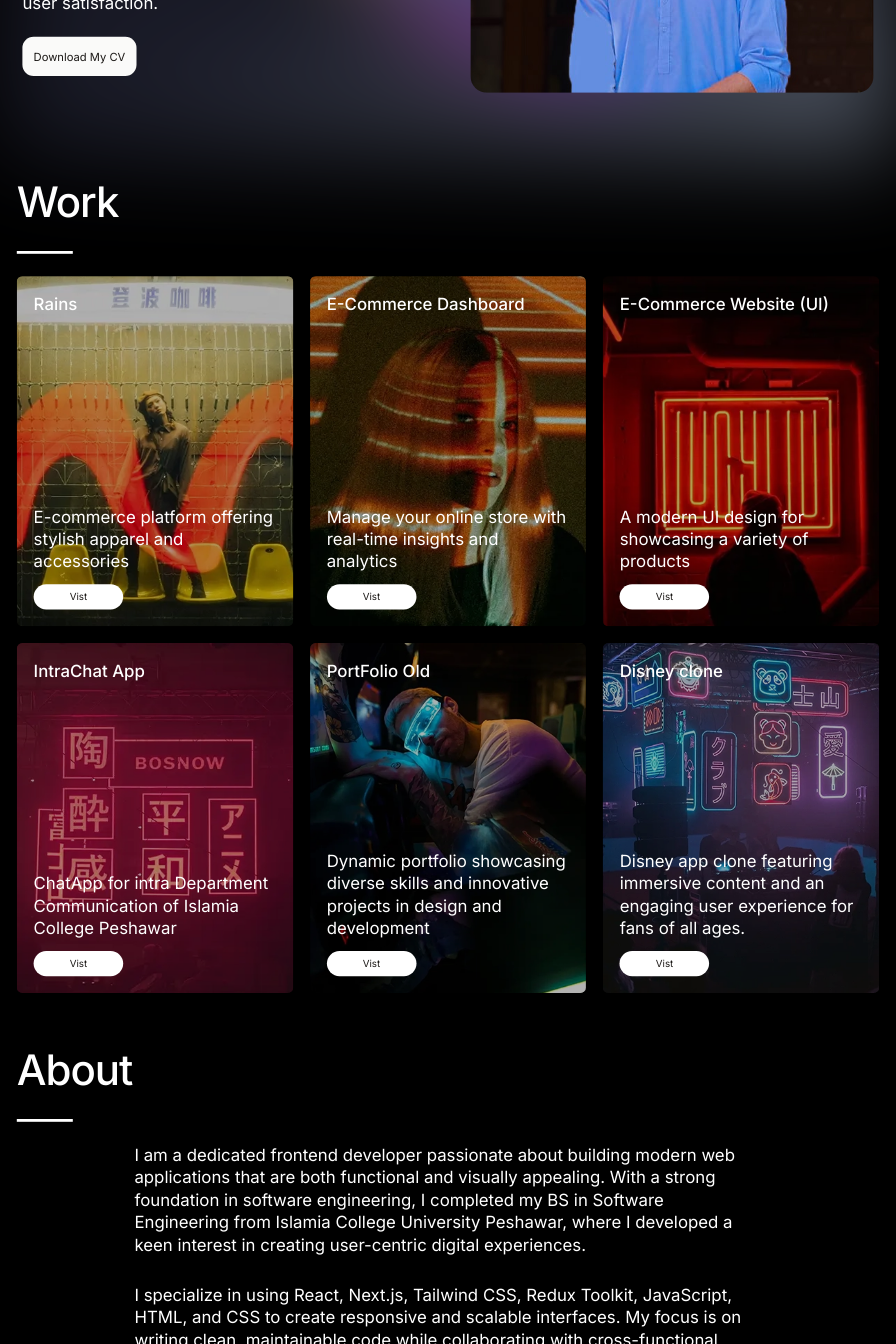
Repository: xarrkhan001/Abuzar-NewPortfolio-Framermotion
Page: /
These files come from the project's save history. The page is drawn as it stood at one moment and after the next save; the edit follows.
The browser window is 1280 px wide. The pictures show the part of the page from y = 501 to 2421 px (the page is 4220 px tall), at 70% of full size.
The project was rebuilt for these pictures with package versions that can differ from the ones it lists, and the page was loaded fresh each time. Some packages were replaced by stand-ins written for this rebuild. Also part of the build but not shown: vite.config.js. Imported but missing from the stored project, and not drawn on this page: src/assets/abuzar01-Cv....pdf.

Above is the page before, as saved 2025-03-02 11:11:44.

### index.html
<!DOCTYPE html>
<html lang="en">
  <head>
    <meta charset="UTF-8" />
    <link rel="icon" type="image/svg+xml" href="./src/assets/mm1.png" />
    <meta name="viewport" content="width=device-width, initial-scale=1.0" />
    <link rel="preconnect" href="https://fonts.googleapis.com" />
    <link rel="preconnect" href="https://fonts.gstatic.com" crossorigin />
    <link
      href="https://fonts.googleapis.com/css2?family=Inter:ital,opsz,wght@0,14..32,100..900;1,14..32,100..900&display=swap"
      rel="stylesheet"
    />
    <title>Abuzar Portfolio</title>
  </head>
  <body>
    <div id="root"></div>
    <script type="module" src="/src/main.jsx"></script>
  </body>
</html>

### src/App.jsx
import React from "react";
import BlurBackground from "./components/BlurBackground";
import Navbar from "./components/Navbar";
import Hero from "./components/Hero";
import Projects from "./components/Projects";
import About from "./components/About";
import Experience from "./components/Experience";
import Contacts from "./components/Contacts";

const App = () => {
  return (
    <>
      <div>
        <BlurBackground />
        <Navbar />
        <main
          className="antialiased overflow-y-hidden max-w-7xl mx-auto
        relative z-10"
        >
          <Navbar />
          <Hero />
          <Projects />
          <About />
          <Experience />
          <Contacts />
        </main>
      </div>
    </>
  );
};

export default App;

### src/index.css
@tailwind base;
@tailwind components;
@tailwind utilities;

:root {
  font-family: "Inter", sans-serif;
  font-optical-sizing: auto;
  background: #000000;
  color: #ffffff;
  scroll-behavior: smooth;
}

.bg-image {
  background-image: url("./assets/jason-root.webp");
}

#work,
#about,
#experience,
#testimonials,
#contact {
  scroll-margin-top: 80px;
}

### src/components/BlurBackground.jsx
import { motion } from "framer-motion";
import React from "react";

const BlurBackground = () => {
  const circleVariants = {
    animate1: {
      scale: [1, 1.05, 1],
      x: [0, 60, 0],
      y: [0, 30, 0],
      rotateZ: [0, 12, 0],
      transition: {
        duration: 3,
        repeat: Infinity,
        ease: "easeInOut",
      },
    },
    animate2: {
      scale: [1, 1.05, 1],
      x: [0, 80, 0],
      y: [0, -40, 0],
      rotateZ: [0, -12, 0],
      transition: {
        duration: 3,
        repeat: Infinity,
        ease: "easeInOut",
      },
    },
    animate3: {
      scale: [1, 1.1, 1],
      x: [0, 100, 0],
      y: [0, 50, 0],
      rotateZ: [0, 15, 0],
      transition: {
        duration: 4,
        repeat: Infinity,
        ease: "easeInOut",
      },
    },
    animate4: {
      scale: [1, 1.1, 1],
      x: [0, 120, 0],
      y: [0, -60, 0],
      rotateZ: [0, -15, 0],
      transition: {
        duration: 4,
        repeat: Infinity,
        ease: "easeInOut",
      },
    },
    animate5: {
      scale: [1, 1.12, 1],
      x: [0, 140, 0],
      y: [0, 70, 0],
      rotateZ: [0, 20, 0],
      transition: {
        duration: 4,
        repeat: Infinity,
        ease: "easeInOut",
      },
    },
    animate6: {
      scale: [1, 1.15, 1],
      x: [0, 160, 0],
      y: [0, -80, 0],
      rotateZ: [0, -20, 0],
      transition: {
        duration: 4,
        repeat: Infinity,
        ease: "easeInOut",
      },
    },
  };

  return (
    <div
      className="fixed top-0 left-0 w-full h-full overflow-hidden -z-10 pointer-events-none flex justify-center items-center
       bg-gradient-to-br from-[#1c1c2b] via-[#2b2d42] to-[#8d99ae] filter blur-[70px] opacity-60"
    >
      <motion.div
        className="bg-gradient-to-r from-[#e3e4e8] to-[#d5e1df] w-[350px] h-[250px] rounded-full absolute shadow-lg"
        variants={circleVariants}
        animate="animate1"
      />
      <motion.div
        className="bg-gradient-to-r from-[#f3a847] to-[#f1d84d] w-[360px] h-[260px] rounded-full absolute shadow-xl"
        variants={circleVariants}
        animate="animate2"
      />
      <motion.div
        className="bg-gradient-to-r from-[#1e80b5] to-[#2bced4] w-[370px] h-[270px] rounded-full absolute shadow-2xl"
        variants={circleVariants}
        animate="animate3"
      />
      <motion.div
        className="bg-gradient-to-r from-[#9e4e97] to-[#c74b84] w-[380px] h-[280px] rounded-full absolute shadow-2xl"
        variants={circleVariants}
        animate="animate4"
      />
      <motion.div
        className="bg-gradient-to-r from-[#ff64d4] to-[#8b3ff2] w-[390px] h-[290px] rounded-full absolute shadow-3xl"
        variants={circleVariants}
        animate="animate5"
      />
      <motion.div
        className="bg-gradient-to-r from-[#37a2c2] to-[#4c9fb2] w-[400px] h-[300px] rounded-full absolute shadow-3xl"
        variants={circleVariants}
        animate="animate6"
      />
    </div>
  );
};

export default BlurBackground;

### src/components/Navbar.jsx
import React, { useState } from "react";
import { LINKS } from "../constants";
import { RiCloseFill, RiMenu3Fill } from "@remixicon/react";

const Navbar = () => {
  const [menuOpen, setMenuOpen] = useState(false);
  const handleLinkClick = () => {
    setMenuOpen(false);
  };

  return (
    <>
      <nav className="fixed top-0 left-0 w-full z-50">
        <div className="flex justify-between items-center max-w-6xl mx-auto p-4 bg-stone-950/30 md:rounded-xl backdrop-blur-lg">
          <div className="text-white font-semibold text-lg uppercase">
            <a href="/">Abuzar</a>
          </div>

          <div className="hidden md:flex space-x-8">
            {LINKS.map((link, index) => (
              <a
                href={link.href}
                key={index}
                className="text-white hover:text-stone-400 transition duration-300"
                onClick={handleLinkClick}
              >
                {link.label}
              </a>
            ))}
          </div>

          <div className="md:hidden">
            <button
              onClick={() => setMenuOpen(!menuOpen)}
              className="text-white focus:outline-none"
              aria-label={menuOpen ? "Close menu" : "Open menu"}
            >
              {menuOpen ? (
                <RiCloseFill className="w-6 h-6" />
              ) : (
                <RiMenu3Fill className="w-6 h-6" />
              )}
            </button>
          </div>
        </div>

        {menuOpen && (
          <div className="md:hidden p-4 bg-stone-950/30 backdrop-blur-lg rounded-xl flex flex-col space-y-4 max-w-6xl mx-auto transition-all duration-300 ease-in-out">
            {LINKS.map((link, index) => (
              <a
                href={link.href}
                key={index}
                className="text-white hover:text-stone-400 transition duration-300"
                onClick={handleLinkClick}
              >
                {link.label}
              </a>
            ))}
          </div>
        )}
      </nav>
    </>
  );
};

export default Navbar;

### src/components/Hero.jsx
import React from "react";
import { motion } from "framer-motion";
import { HERO_CONTENT } from "../constants";
import jason from "../assets/nnnn.jpg";
import cvFile from "../assets/abuzar01-Cv....pdf";

const textVariants = {
  hidden: { opacity: 0, y: 50 },
  visible: { opacity: 1, y: 0, transition: { duration: 0.8, ease: "easeOut" } },
};

const containerVariants = {
  hidden: { opacity: 1 },
  visible: {
    opacity: 1,
    transition: {
      staggerChildren: 0.3,
    },
  },
};

const imageVariants = {
  hidden: { clipPath: "inset(0 50% 0 50%)" },
  visible: {
    clipPath: "inset(0 0% 0 0%)",
    transition: { duration: 1.2, ease: "easeInOut" },
  },
};

const Hero = () => {
  return (
    <section>
      <div className="relative z-0 min-h-screen flex flex-wrap flex-col md:flex-row items-center justify-center text-white">
        <motion.div
          className="w-full md:w-1/2 p-8 pt-24" // Adjust padding-top for spacing below navbar
          initial="hidden"
          animate="visible"
          variants={containerVariants}
        >
          <motion.h1
            className="text-3xl md:text-5xl lg:text-6xl font-semibold my-14"
            variants={textVariants}
          >
            {HERO_CONTENT.greeting}
          </motion.h1>

          <motion.p
            className="text-lg md:text-xl lg:text-2xl mb-4"
            variants={textVariants}
          >
            {HERO_CONTENT.introduction}
          </motion.p>

          <motion.p
            className="text-lg md:text-xl lg:text-2xl"
            variants={textVariants}
          >
            {HERO_CONTENT.description}
          </motion.p>

          <motion.a
            className="bg-stone-50 text-stone-900 p-3 lg:p-4 mt-8 inline-block rounded-2xl"
            href={cvFile}
            download="AbuzarCV.pdf"
            rel="noopener noreferrer"
            target="_blank"
            variants={textVariants}
          >
            Download My CV
          </motion.a>
        </motion.div>

        <motion.div
          className="w-full md:w-1/2 p-8 mt-10" // Added margin-top to push image down
          initial="hidden"
          animate="visible"
          variants={imageVariants}
        >
          <img
            src={jason}
            alt="Abuzar"
            width={650}
            height={650}
            className="rounded-3xl"
          />
        </motion.div>
      </div>

      <style jsx>{`
        @media (max-width: 768px) {
          .w-full.md\\:w-1\\/2.p-8 {
            margin-top: -40px; /* Adjust this value to move the image up */
          }
        }
      `}</style>
    </section>
  );
};

export default Hero;

### src/components/Projects.jsx
import React from "react";
import { motion } from "framer-motion";
import { PROJECTS } from "../constants";

const projectVariants = {
  hidden: {
    opacity: 0,
    scale: 0.8,
    rotate: -40,
    y: 50,
  },
  visible: {
    opacity: 1,
    scale: 1,
    rotate: 0,
    y: 0,
    transition: {
      duration: 0.6,
      ease: "easeOut",
      type: "spring",
      bounce: 0.4,
    },
  },
};

const Projects = () => {
  return (
    <section className="px-6 py-10 overflow-hidden" id="work">
      <h1 className="text-4xl md:text-6xl font-medium tracking-tight mb-10">
        Work
      </h1>

      <div className="h-1 w-20 mb-8 bg-white"></div>

      <div className="grid grid-cols-1 md:grid-cols-3 gap-6">
        {PROJECTS.map((project, index) => (
          <motion.div
            key={index}
            className="relative rounded-lg overflow-hidden h-[500px] transition transform"
            initial="hidden"
            whileInView="visible"
            viewport={{ once: true }}
            variants={projectVariants}
          >
            <img
              src={project.image}
              alt={project.name}
              className="absolute inset-0 w-full h-full object-cover transition-opacity duration-300"
            />

            <div className="relative z-20 p-6 flex flex-col justify-between h-full bg-black/30 text-white">
              <h2 className="text-2xl font-medium mb-4">{project.name}</h2>
              <div className="flex flex-col justify-between">
                <p className="mb-4 flex-grow text-2xl">{project.description}</p>

                <a
                  href={project.link}
                  target="_blank"
                  rel="noopener noreferrer"
                  className="bg-white text-stone-900 rounded-full py-2 px-2 w-32 text-sm hover:bg-gray-100 text-center"
                >
                  Vist
                </a>
              </div>
            </div>
          </motion.div>
        ))}
      </div>
    </section>
  );
};

export default Projects;

### src/components/About.jsx
import React from "react";
import { motion } from "framer-motion"; // Make sure to import motion
import { ABOUT_CONTENT } from "../constants"; // Correct import statement

const About = () => {
  const textVariants = {
    hidden: { opacity: 0, y: 50 },
    visible: {
      opacity: 1,
      y: 0,
      transition: { duration: 0.6, ease: "easeOut" },
    },
  };

  return (
    <section className="px-6 py-10" id="about">
      <h1 className="text-4xl md:text-6xl font-medium tracking-tight mb-10">
        About
      </h1>

      <div className="h-1 w-20 mb-8 bg-white"></div>

      <div className="max-w-4xl mx-auto">
        {ABOUT_CONTENT.paragraphs.map((paragraph, index) => (
          <motion.p
            key={index}
            className="text-lg md:text-xl lg:text-2xl mb-10 leading-relaxed" // Adjusted text size for a more professional look
            initial="hidden"
            whileInView="visible"
            viewport={{ once: true, amount: 0.5 }}
            variants={textVariants}
          >
            {paragraph} {/* Corrected variable name */}
          </motion.p>
        ))}
      </div>
    </section>
  );
};

export default About;

### src/components/Experience.jsx
import React from "react";
import { motion } from "framer-motion";
import { EXPERIENCES } from "../constants";

const Experience = () => {
  const containerVariants = {
    hidden: { opacity: 0, y: 50 },
    visible: {
      opacity: 1,
      y: 0,
      transition: {
        duration: 0.8,
        ease: "easeOut",
        staggerChildren: 0.3,
      },
    },
  };

  const childVariants = {
    hidden: { opacity: 0, y: 30 },
    visible: {
      opacity: 1,
      y: 0,
      transition: {
        duration: 0.6,
        ease: "easeOut",
      },
    },
  };

  return (
    <section className="px-6 py-10 overflow-hidden" id="experience">
      <h2 className="text-4xl md:text-6xl font-medium tracking-tight mb-10">
        Work Experience
      </h2>

      {/* Removed the line below */}
      {/* <div className="h-1 w-20 mb-8 bg-white"></div> */}

      <motion.div
        className="space-y-10"
        initial="hidden"
        whileInView="visible"
        viewport={{ once: true, amount: 0.3 }}
        variants={containerVariants}
      >
        {EXPERIENCES.length > 0 ? (
          EXPERIENCES.map((experience, index) => (
            <motion.div key={index} variants={childVariants}>
              <div className="flex flex-col md:flex-row md:justify-between">
                <div className="text-sm md:w-1/4 mb-2 md:mb-0 p-4">
                  {experience.yearRange}
                </div>

                <div className="md:w-3/4 mb-10">
                  <div className="max-w-3xl backdrop-blur-3xl p-4 bg-stone-600/10 rounded-lg">
                    <h2 className="text-xl mb-2">{experience.title}</h2>
                    <p className="mb-4 text-sm italic">{experience.location}</p>
                    <ul className="list-disc list-inside space-y-2">
                      {experience.description.map((desc, index) => (
                        <li key={index}>{desc}</li>
                      ))}
                    </ul>
                  </div>
                </div>
              </div>
            </motion.div>
          ))
        ) : (
          <p className="text-center text-xl">No experiences found.</p>
        )}
      </motion.div>
    </section>
  );
};

export default Experience;

### src/constants/index.js
import projects1 from "../assets/projects1.webp";
import projects2 from "../assets/projects2.webp";
import projects3 from "../assets/projects3.webp";
import projects4 from "../assets/projects4.webp";
import projects5 from "../assets/projects5.webp";
import projects6 from "../assets/projects6.webp";

export const LINKS = [
  { href: "#work", label: "Work" },
  { href: "#about", label: "About" },
  { href: "#experience", label: "Experience" },
  { href: "#contact", label: "Contact" },
];

export const HERO_CONTENT = {
  greeting: "Welcome 🌟",
  introduction:
    "I’m Abuzar, a frontend developer specializing in creating seamless web applications using React.js, Vue.js and Next.js.",
  description:
    "I create engaging digital experiences that enhance user satisfaction.",
};

export const PROJECTS = [
  {
    name: "Rains",
    description: "E-commerce platform offering stylish apparel and accessories",
    image: projects1, // Ensure `projects1` is defined and imported correctly
    link: "https://www.rains.com/",
  },
  {
    name: "E-Commerce Dashboard",
    description:
      "Manage your online store with real-time insights and analytics",
    image: projects2,
    link: "https://eccomerce-web-dashboard-di7d.vercel.app/",
  },
  {
    name: "E-Commerce Website (UI)",
    description: "A modern UI design for showcasing a variety of products",
    image: projects3,
    link: "https://eccomerce-01-abuzar.vercel.app/",
  },
  {
    name: "IntraChat App",
    description:
      "ChatApp for intra Department Communication of Islamia College Peshawar",
    image: projects4,
    link: "https://fyp-intra-chat-3gdl.vercel.app/",
  },
  {
    name: "PortFolio Old",
    description:
      "Dynamic portfolio showcasing diverse skills and innovative projects in design and development",
    image: projects5,
    link: "https://abuzar-protfolio-renk.vercel.app/",
  },
  {
    name: "Disney clone",
    description:
      "Disney app clone featuring immersive content and an engaging user experience for fans of all ages.",
    image: projects6,
    link: "https://disney-abuzar.vercel.app/",
  },
];

export const ABOUT_CONTENT = {
  paragraphs: [
    "I am a dedicated frontend developer passionate about building modern web applications that are both functional and visually appealing. With a strong foundation in software engineering, I completed my BS in Software Engineering from Islamia College University Peshawar, where I developed a keen interest in creating user-centric digital experiences.",
    "I specialize in using React, Next.js, Tailwind CSS, Redux Toolkit, JavaScript, HTML, and CSS to create responsive and scalable interfaces. My focus is on writing clean, maintainable code while collaborating with cross-functional teams to deliver projects that meet both business goals and user needs. I am constantly exploring new technologies and frameworks to stay updated with industry trends, ensuring that my skills remain sharp. Additionally, I believe in the importance of user feedback to enhance usability and deliver exceptional digital products.",
  ],
};

export const EXPERIENCES = [
  {
    yearRange: "2025 - Present",
    title: "Frontend Developer",
    location: "Onsite - Tech Emulsion",
    description: [
      "Currently working as a frontend developer at Tech Emulsion, contributing to various ongoing projects and collaborating with cross-functional teams.",
      "Developing dynamic, user-friendly interfaces and optimizing performance to ensure seamless user experiences.",
      "Involved in multiple high-impact projects, working alongside senior developers and designers to deliver cutting-edge solutions.",
    ],
  },
  {
    yearRange: "2024 ",
    title: "Junior Frontend Developer",
    location: "Peshawar",
    description: [
      "Completed a 8-month internship at TechPioneers, gaining hands-on experience in frontend development using React.",
      "Assisted students in web development, providing valuable guidance and support to enhance their learning experience.",
      "Contributed to team projects by implementing responsive design and optimizing user interfaces.",
    ],
  },
];

export const CONTACT_CONTENT = {
  headline: "LET'S WORK ON SOMETHING GREAT",
  description:
    "I'm excited to collaborate on projects that push boundaries and create meaningful impact. Let's build something innovative and exceptional together.",
  email: "abuzarktk123@gmail.com",
  socialLinks: [
    {
      platform: "Twitter",
      url: "https://twitter.com/yourprofile",
      ariaLabel: "Follow me on Twitter",
      icon: "RiTwitterXFill",
    },
    {
      platform: "GitHub",
      url: "https://github.com/xarrkhan001",
      ariaLabel: "View my GitHub profile",
      icon: "RiGithubFill",
    },
    {
      platform: "LinkedIn",
      url: "https://www.linkedin.com/in/abuzar-04529030a",
      ariaLabel: "Connect with me on LinkedIn",
      icon: "RiLinkedinFill",
    },
  ],
  footerText: `© ${new Date().getFullYear()} Abuzar, Thanks for visiting.`,
};

Loaded but not shown: src/main.jsx (common file); tailwind.config.js (common file); src/components/Contacts.jsx (123 lines, source omitted)

After the next save:
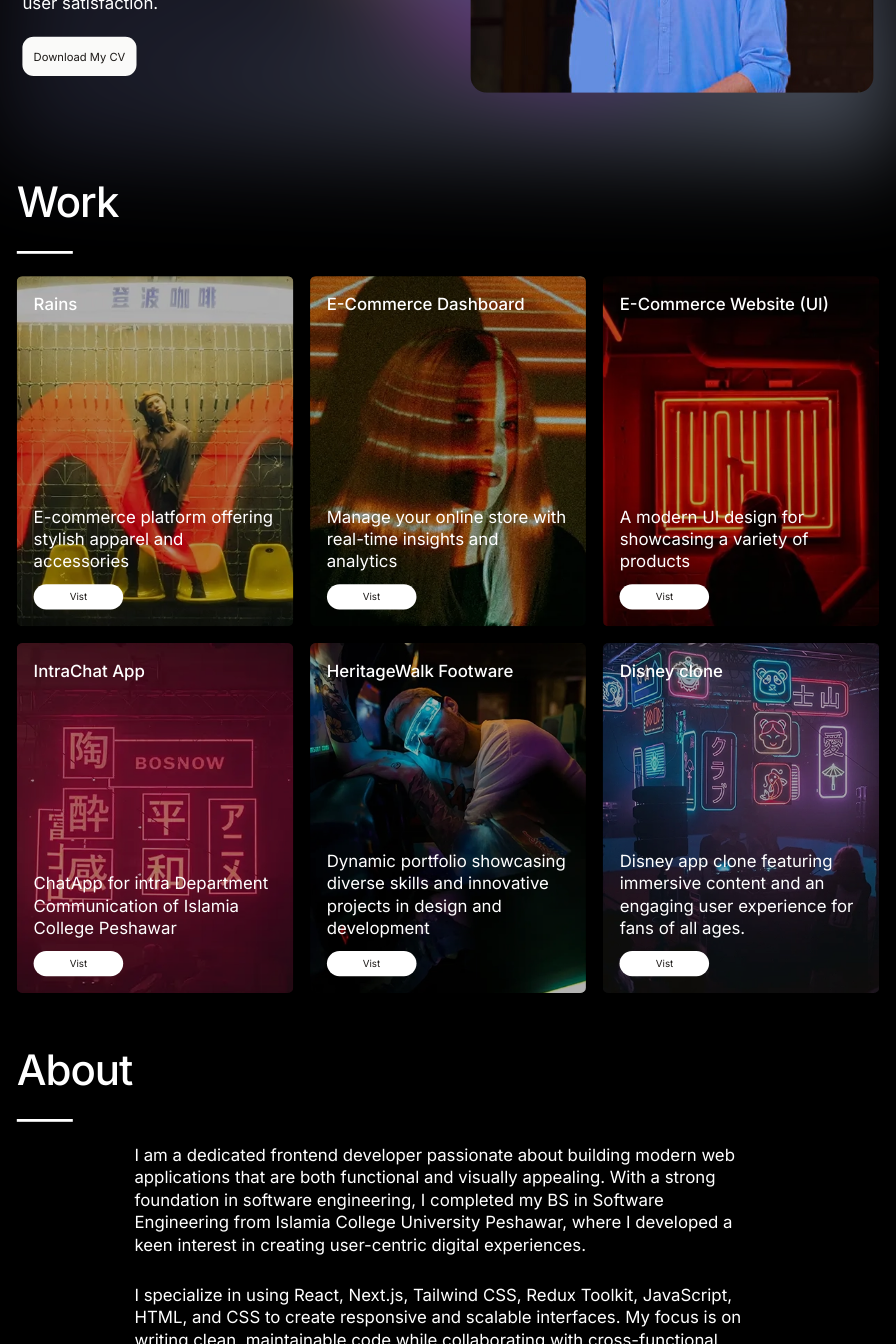
Saved 48 s later.
--- a/src/constants/index.js
+++ b/src/constants/index.js
@@ -48,7 +48,7 @@
     link: "https://fyp-intra-chat-3gdl.vercel.app/",
   },
   {
-    name: "PortFolio Old",
+    name: "HeritageWalk Footware",
     description:
       "Dynamic portfolio showcasing diverse skills and innovative projects in design and development",
     image: projects5,
